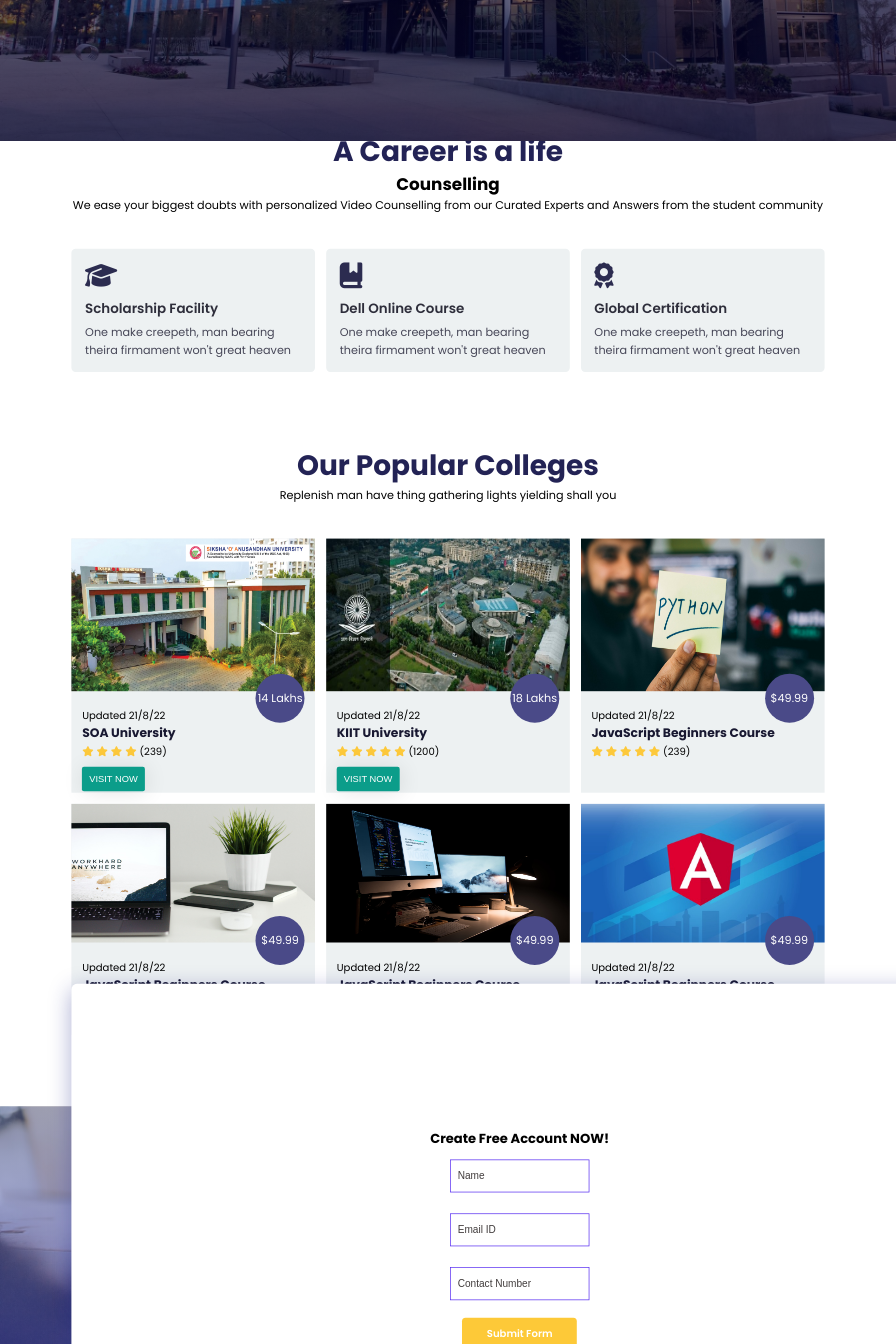
Repository: NamanSahu09/VidyaPreet-Ed-Tech-Website
Page: index.html
An editor plug-in stored every save of this project. The page is shown before and after the next save, followed by the edit.
The browser window is 1280 px wide. The pictures show the part of the page from y = 519 to 2439 px (the page is 3691 px tall before and 3683 px after), at 70% of full size.
Some web libraries are served in a nearby version.

Above is the page before, as saved 2024-04-11 15:48:07.

### index.html
<!DOCTYPE html>
<html lang="en">
<head>
	<meta charset="UTF-8">
	<meta name="viewport" content="width=device-width, initial-scale=1.0">
	<title>VidyaPeeth</title>

	<!-- font Awesome CDN link -->
	<link rel="stylesheet" href="https://cdnjs.cloudflare.com/ajax/libs/font-awesome/6.1.1/css/all.min.css" />

	<!-- External CSS -->
	<link rel="stylesheet" href="style.css">

	<!-- JQuery CDN link -->
	<script src="https://code.jquery.com/jquery-3.6.0.min.js" integrity="sha256-/xUj+3OJU5yExlq6GSYGSHk7tPXikynS7ogEvDej/m4=" crossorigin="anonymous"></script>


	<!-- Awesome Font -->
	<script src="https://kit.fontawesome.com/fec0f6ecb6.js" crossorigin="anonymous"></script>







</head>
<body>
	<!-- Navigation start -->
	<nav>
		<img src="img/Vidya peeth.png" class="logo" alt="" height="70px"  width="250px"/>

		<div class="navigation">
			<ul>
				<i id="menu-close" class="fas fa-times"></i>
				<li><a href="index.html" class="active">Home</a></li>
				<li><a href="about.html">About Us</a></li>
				<li><a href="blog.html">Blog</a></li>
				<!-- <li><a href="courses.html">Courses</a></li> -->
				<li><a href="contact.html">Contact</a></li>
				<li><a href="#">
					<i class="far fa-user"></i>
					</a>
				</li>


			</ul>

			<img src="img/menu.png" id="menu-btn" alt="">
		</div>
	</nav>
	<!-- Navigation ends -->



  <!-- login sign-up-form -->

  <div class="form">
    <!-- login -->
    <div class="login-form">

      <!-- cancel-btn -->

      <a href="#" class="form-cancel">
        <i class="fas fa-times"></i>
      </a>


      <strong>Log In</strong>
      <!-- inputs -->
      <form >
        <input type="email" placeholder="Example@gmail.com" name="email" required>
        <input type="password" placeholder="Password" name="password" required>
        <!-- submit-btn -->
        <input type="submit" value="Log In">
      </form>

      <!-- Forget-and-signup -->
      <div class="form-btns">
          <a href="#" class="forget">Forget Your Password?</a>
          <a href="#" class="sign-up-btn">Create Account</a>
    </div>

    </div>




     <!-- Sign Up -->
     <div class="sign-up-form">

      <!-- cancel-btn -->

      <a href="#" class="form-cancel">
        <i class="fas fa-times"></i>
      </a>


      <strong>Sign In</strong>
      <!-- inputs -->
      <form >
        <input type="text" placeholder="Full Name" name="fullname" required>
        <input type="email" placeholder="Example@gmail.com" name="email" required>
        <input type="password" placeholder="Password" name="password" required>
        <!-- submit-btn -->
        <input type="submit" value="Sign Up">
      </form>

      <!-- Forget-and-signup -->
      <div class="form-btns">
          <a href="#" class="already-acount">Already have Account?</a>
    </div>

    </div>

  </div>


















	<!-- Hero section starts from here -->
	<section id="home">
			<div class="search-box">
				<div class="row">
					<input type="text" id="input-box" placeholder="Search Colleges" autocomplete="off">
					<button class="search"><i class="fa-solid fa-magnifying-glass"></i></button>
				</div>
				<div class="result-box">

				</div>
			</div>



		<!-- <h2>
			Enhance Your Future With VidyaPeeth
		</h2>
		<p>
			Lorem ipsum dolor sit amet consectetur adipisicing elit. Reiciendis, ipsum laboriosam architecto tempora explicabo ratione pariatur accusantium consequatur sed odit?
		</p>
		<div class="btn">
			<a href="#" class="blue">Learn More</a>
			<a href="#" class="yellow">Visit Courses</a>
		</div> -->
	</section>
	<!-- Hero section ends from here -->


	<!-- Features section starts from here -->
	<section id="features">
		<h1>A Career is a life</h1>
		<p> <b align="center"> <font size="5"> Counselling</b></font><br>
			We ease your biggest doubts with personalized Video Counselling from our
			Curated Experts and Answers from the student community

		</p>

		<div class="fea-base">
			<div class="fea-box">
				<i class="fas fa-graduation-cap"></i>
				<h3>Scholarship Facility</h3>
				<p>
					One make creepeth, man bearing theira firmament won't great heaven
				</p>
			</div>

			<div class="fea-box">
				<i class="fa-solid fa-book-bookmark"></i>
				<h3>Dell Online Course</h3>
				<p>
					One make creepeth, man bearing theira firmament won't great heaven
				</p>
			</div>

			<div class="fea-box">
				<i class="fas fa-award"></i>
				<h3>Global Certification</h3>
				<p>
					One make creepeth, man bearing theira firmament won't great heaven
				</p>
			</div>
		</div>
	</section>
	<!-- Features section ends from here -->








	<!-- Courses section starts from here -->
	<section id="course">
		<h1>Our Popular Colleges</h1>
		<p>Replenish man have thing gathering lights yielding shall you</p>

		<div class="course-box">
			<div class="courses">
				<img src="Colleges/soa.jpg" alt="">
				<div class="details">
					<span>Updated 21/8/22</span>
					<h6>SOA University</h6>

					<div class="star">
						<i class="fa-solid fa-star"></i>
						<i class="fa-solid fa-star"></i>
						<i class="fa-solid fa-star"></i>
						<i class="fa-solid fa-star"></i>


						<span>(239)</span>
					</div>
					<button onclick="location.href='https://www.soa.ac.in/'" class="apply-btn"> Visit Now </button>
				</div>
				<div class="cost">14 Lakhs</div>
			</div>

			<div class="courses">
				<img src="Colleges/kiit-uni.jpg" alt="">
				<div class="details">
					<span>Updated 21/8/22</span>
					<h6>KIIT University</h6>

					<div class="star">
						<i class="fa-solid fa-star"></i>
						<i class="fa-solid fa-star"></i>
						<i class="fa-solid fa-star"></i>
						<i class="fa-solid fa-star"></i>
						<i class="fa-solid fa-star"></i>

						<span>(1200)</span>
					</div>
					<button onclick="location.href='https://kiit.ac.in/'" class="apply-btn"> Visit Now </button>
				</div>
				<div class="cost">18 Lakhs</div>


			</div>

			<div class="courses">
				<img src="img/c3.jpg" alt="">
				<div class="details">
					<span>Updated 21/8/22</span>
					<h6>JavaScript Beginners Course</h6>

					<div class="star">
						<i class="fa-solid fa-star"></i>
						<i class="fa-solid fa-star"></i>
						<i class="fa-solid fa-star"></i>
						<i class="fa-solid fa-star"></i>
						<i class="fa-solid fa-star"></i>

						<span>(239)</span>
					</div>
				</div>
				<div class="cost">$49.99</div>
			</div>

			<div class="courses">
				<img src="img/c4.jpg" alt="">
				<div class="details">
					<span>Updated 21/8/22</span>
					<h6>JavaScript Beginners Course</h6>

					<div class="star">
						<i class="fa-solid fa-star"></i>
						<i class="fa-solid fa-star"></i>
						<i class="fa-solid fa-star"></i>
						<i class="fa-solid fa-star"></i>
						<i class="fa-solid fa-star"></i>

						<span>(239)</span>
					</div>
				</div>
				<div class="cost">$49.99</div>
			</div>

			<div class="courses">
				<img src="img/c5.jpg" alt="">
				<div class="details">
					<span>Updated 21/8/22</span>
					<h6>JavaScript Beginners Course</h6>

					<div class="star">
						<i class="fa-solid fa-star"></i>
						<i class="fa-solid fa-star"></i>
						<i class="fa-solid fa-star"></i>
						<i class="fa-solid fa-star"></i>
						<i class="fa-solid fa-star"></i>

						<span>(239)</span>
					</div>
				</div>
				<div class="cost">$49.99</div>
			</div>

			<div class="courses">
				<img src="img/c6.jpg" alt="">
				<div class="details">
					<span>Updated 21/8/22</span>
					<h6>JavaScript Beginners Course</h6>

					<div class="star">
						<i class="fa-solid fa-star"></i>
						<i class="fa-solid fa-star"></i>
						<i class="fa-solid fa-star"></i>
						<i class="fa-solid fa-star"></i>
						<i class="fa-solid fa-star"></i>

						<span>(239)</span>
					</div>
				</div>
				<div class="cost">$49.99</div>
			</div>
		</div>
	</section>
	<!-- Courses section ends from here -->


	<!-- Registration section starts from here -->
	<section id="registration">
		<div class="reminder">
			<p>Get 100 Online Courses for Free</p>
			<h1>Registration To Get It</h1>

			<div class="time">
				<div class="date">18 <br> Days</div>
				<div class="date">23 <br> Hours</div>
				<div class="date">06 <br> Minutes</div>
				<div class="date">58 <br> Seconds</div>
			</div>
		</div>

		<div class="form">
			<h3>Create Free Account NOW!</h3>

			<input type="text" placeholder="Name" name="" id="">
			<input type="email" placeholder="Email ID" name="" id="">
			<input type="text" placeholder="Contact Number" name="" id="">

			<div class="btn">
				<a href="#" class="yellow">Submit Form</a>
			</div>
		</div>
	</section>
	<!-- Registration section ends from here -->


	<!-- Experts section starts from here -->
	<section id="experts">
		<h1>Community Experts</h1>
		<p>Replenish man have thing gathering lights yielding shall you</p>
		<div class="expert-box">
			<div class="profile">
				<img src="img/pro1.webp" alt="">
				<h6>Ema Ernik</h6>
				<p>Python & Algorithms Expert</p>
				<div class="pro-links">
					<i class="fab fa-facebook"></i>
					<i class="fab fa-instagram"></i>
					<i class="fab fa-linkedin-in"></i>
				</div>
			</div>

			<div class="profile">
				<img src="img/pro2.webp" alt="">
				<h6>Jason chua</h6>
				<p>Data Design Expert</p>
				<div class="pro-links">
					<i class="fab fa-facebook"></i>
					<i class="fab fa-instagram"></i>
					<i class="fab fa-linkedin-in"></i>
				</div>
			</div>

			<div class="profile">
				<img src="img/pro3.webp" alt="">
				<h6>Maalik Halper</h6>
				<p>Full Stack Developer</p>
				<div class="pro-links">
					<i class="fab fa-facebook"></i>
					<i class="fab fa-instagram"></i>
					<i class="fab fa-linkedin-in"></i>
				</div>
			</div>

			<div class="profile">
				<img src="img/pro4.webp" alt="">
				<h6>Jennifer Lopez</h6>
				<p>Design Expert</p>
				<div class="pro-links">
					<i class="fab fa-facebook"></i>
					<i class="fab fa-instagram"></i>
					<i class="fab fa-linkedin-in"></i>
				</div>
			</div>
		</div>
	</section>
	<!-- Experts section ends from here -->

	<!-- Footer section starts from here -->
	<footer>
		<div class="footer-col">
			<h3>Top Products</h3>
			<li>Manage Reputation</li>
			<li>Power Tools</li>
			<li>Managed Website</li>
			<li>Marketing Service</li>
		</div>

		<div class="footer-col">
			<h3>Power Tools</h3>
			<li>Jobs</li>
			<li>Marketing Service</li>
			<li>Top Products</li>
			<li>Manage Reputation</li>
		</div>

		<div class="footer-col">
			<h3>Power Tools</h3>
			<li>Managed Website</li>
			<li>Manage Reputation</li>
			<li>Top Products</li>
			<li>Marketing Service</li>
		</div>

		<div class="footer-col">
			<h3>Guides</h3>
			<li>Research</li>
			<li>Experts</li>
			<li>Managed Website</li>
			<li>Marketing Service</li>
		</div>

		<div class="footer-col">
			<h3>Newsletter</h3>
			<p>You can trust us. we only send promo offers.</p>

			<div class="subscribe">
				<input type="email" placeholder="Your email Address">
				<a href="#" class="yellow">SUBSCRIBE</a>
			</div>
		</div>

		<div class="copyright">
			<p>
				Copyright @ 2024 All rights reserved.
			</p>
			<div class="pro-links">
				<i class="fab fa-facebook"></i>
				<i class="fab fa-instagram"></i>
				<i class="fab fa-linkedin-in"></i>
			</div>
		</div>
	</footer>
	<!-- Footer section ends from here -->

	<script>
		// Show menu links on burger click
		$('#menu-btn').click(function(){
			$('nav .navigation ul').addClass('active')
		});

		// Hide navbar on click function
		$('#menu-close').click(function(){
			$('nav .navigation ul').removeClass('active')
		});

 /*---For Login and Sign-up----------------------------*/

 $(document).on('click', '.far.fa-user', function(){
    $('.form').addClass('login-active').removeClass('sign-up-active');
});

$(document).on('click', '.sign-up-btn', function(){
    $('.form').removeClass('login-active').addClass('sign-up-active');
});

$(document).on('click', '.form-cancel', function(){
    $('.form').removeClass('login-active').removeClass('sign-up-active');
});

$(document).on('click', '.already-acount', function(){
    $('.form').addClass('login-active').removeClass('sign-up-active');
});


	</script>

<script src="autocomplete.js"></script>





</body>
</html>

Loaded but not shown: autocomplete.js (44 lines, source omitted); style.css (903 lines, source omitted)

After the next save:
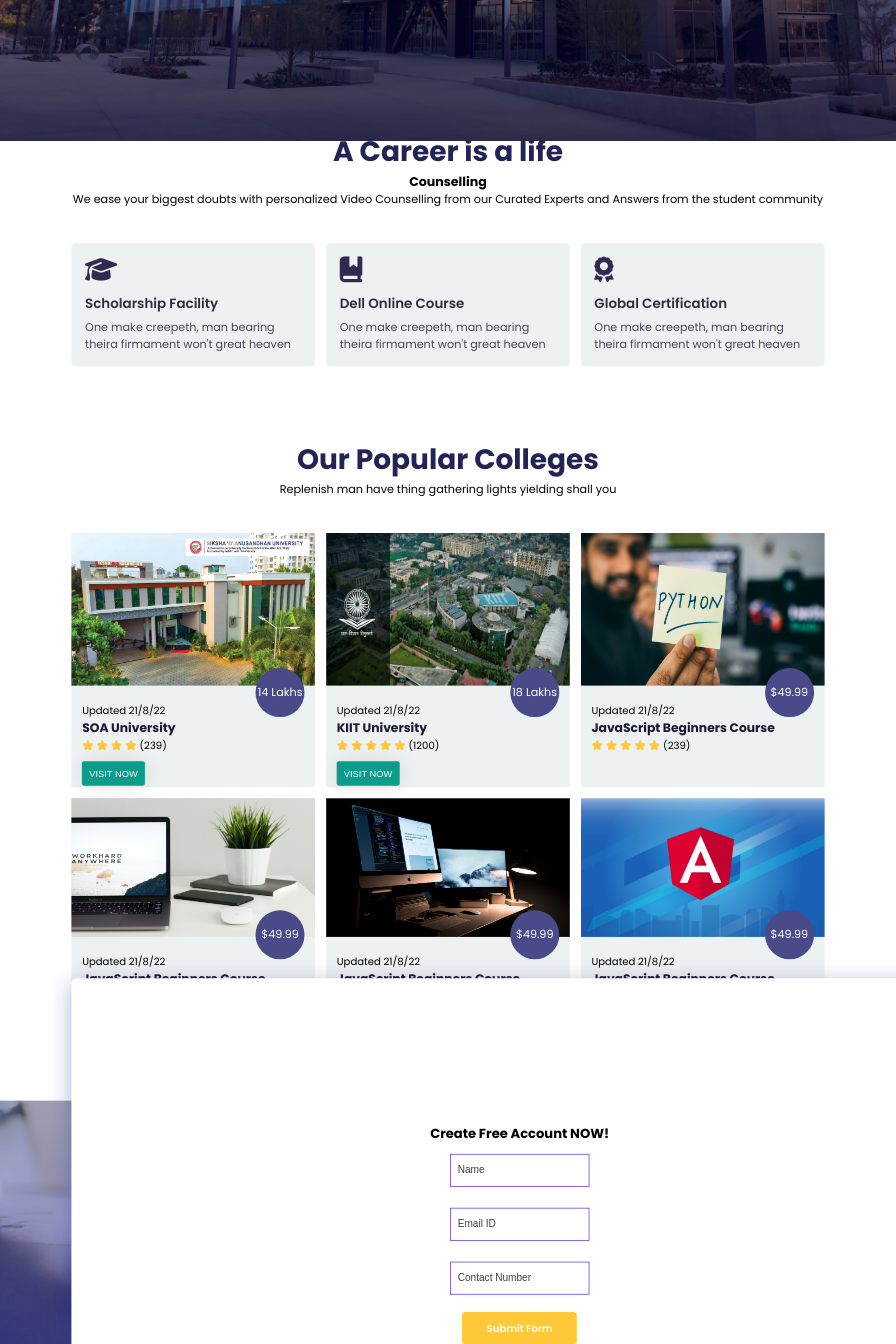
Saved 7 s later.
--- a/index.html
+++ b/index.html
@@ -163,7 +163,7 @@
 	<!-- Features section starts from here -->
 	<section id="features">
 		<h1>A Career is a life</h1>
-		<p> <b align="center"> <font size="5"> Counselling</b></font><br>
+		<p> <b align="center"> <font size="4.5"> Counselling</b></font><br>
 			We ease your biggest doubts with personalized Video Counselling from our
 			Curated Experts and Answers from the student community
 
